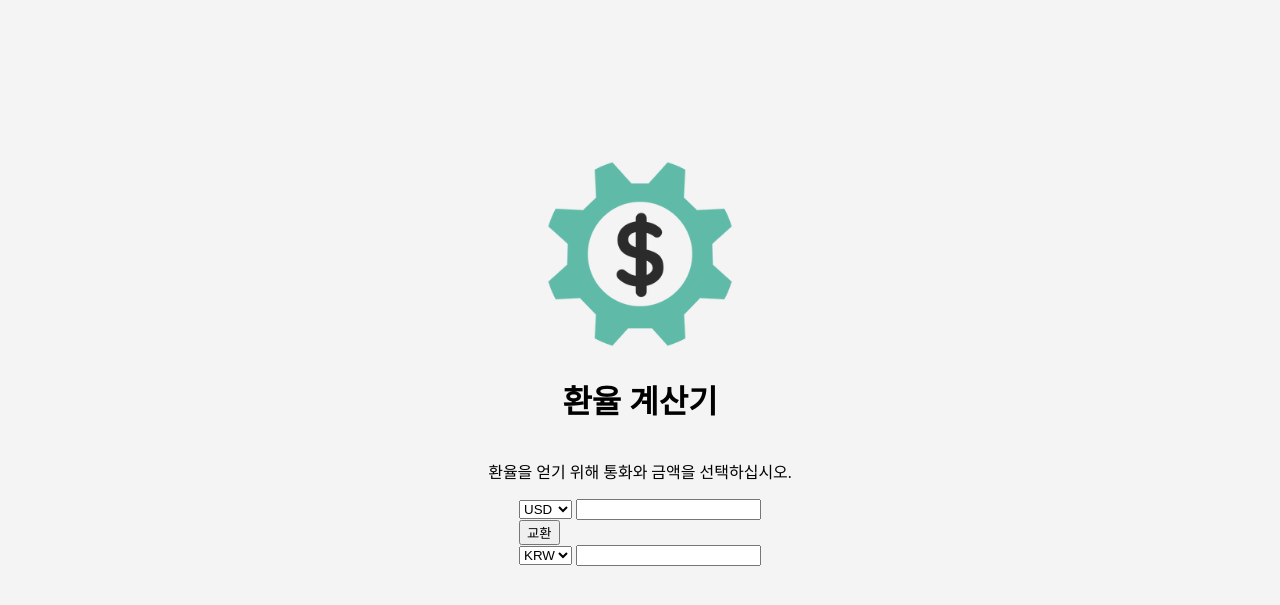
Repository: AbrorjonKuchkarov/exchange-rate
Page: index.html
These files come from the project's save history. The page is drawn as it stood at one moment and after the next save; the edit follows.
The browser window is 1280 px wide. The pictures show the whole page.

Above is the page before, as saved 2022-02-24 01:16:32.

### index.html
<!DOCTYPE html>
<html lang="en">
<head>
   <meta charset="UTF-8">
   <meta http-equiv="X-UA-Compatible" content="IE=edge">
   <meta name="viewport" content="width=device-width, initial-scale=1.0">
<link rel="stylesheet" href="style.css">
   <title>환율</title>
</head>
<body>
   <img src="img/money.png" alt="">
   <h1>환율 계산기 </h1>
   <p>환율을 얻기 위해 통화와 금액을 선택하십시오.</p>

   <div class="container">
      <div class="currency">
         <select id="selectOne">
            <option value="AED">AED</option>
            <option value="ARS">ARS</option>
            <option value="AUD">AUD</option>
            <option value="BGN">BGN</option>
            <option value="BRL">BRL</option>
            <option value="BSD">BSD</option>
            <option value="CAD">CAD</option>
            <option value="CHF">CHF</option>
            <option value="CLP">CLP</option>
            <option value="CNY">CNY</option>
            <option value="COP">COP</option>
            <option value="CZK">CZK</option>
            <option value="DKK">DKK</option>
            <option value="DOP">DOP</option>
            <option value="EGP">EGP</option>
            <option value="EUR">EUR</option>
            <option value="FJD">FJD</option>
            <option value="GBP">GBP</option>
            <option value="GTQ">GTQ</option>
            <option value="HKD">HKD</option>
            <option value="HRK">HRK</option>
            <option value="HUF">HUF</option>
            <option value="IDR">IDR</option>
            <option value="ILS">ILS</option>
            <option value="INR">INR</option>
            <option value="ISK">ISK</option>
            <option value="JPY">JPY</option>
            <option value="KRW">KRW</option>
            <option value="KZT">KZT</option>
            <option value="MXN">MXN</option>
            <option value="MYR">MYR</option>
            <option value="NOK">NOK</option>
            <option value="NZD">NZD</option>
            <option value="PAB">PAB</option>
            <option value="PEN">PEN</option>
            <option value="PHP">PHP</option>
            <option value="PKR">PKR</option>
            <option value="PLN">PLN</option>
            <option value="PYG">PYG</option>
            <option value="RON">RON</option>
            <option value="RUB">RUB</option>
            <option value="SAR">SAR</option>
            <option value="SEK">SEK</option>
            <option value="SGD">SGD</option>
            <option value="THB">THB</option>
            <option value="TRY">TRY</option>
            <option value="TWD">TWD</option>
            <option value="UAH">UAH</option>
            <option value="USD" selected>USD</option>
            <option value="UYU">UYU</option>
            <option value="VND">VND</option>
            <option value="ZAR">ZAR</option>
         </select>
         <input type="number" class="inputOne" >
      </div>

      <div class="swap">
         <button class="btn">교환</button>
         <div class="rate"></div>
      </div>

      <div class="currency">
         <select id="selectTwo">
         <option value="AED">AED</option>
         <option value="ARS">ARS</option>
         <option value="AUD">AUD</option>
         <option value="BGN">BGN</option>
         <option value="BRL">BRL</option>
         <option value="BSD">BSD</option>
         <option value="CAD">CAD</option>
         <option value="CHF">CHF</option>
         <option value="CLP">CLP</option>
         <option value="CNY">CNY</option>
         <option value="COP">COP</option>
         <option value="CZK">CZK</option>
         <option value="DKK">DKK</option>
         <option value="DOP">DOP</option>
         <option value="EGP">EGP</option>
         <option value="EUR">EUR</option>
         <option value="FJD">FJD</option>
         <option value="GBP">GBP</option>
         <option value="GTQ">GTQ</option>
         <option value="HKD">HKD</option>
         <option value="HRK">HRK</option>
         <option value="HUF">HUF</option>
         <option value="IDR">IDR</option>
         <option value="ILS">ILS</option>
         <option value="INR">INR</option>
         <option value="ISK">ISK</option>
         <option value="JPY">JPY</option>
         <option value="KRW" selected>KRW</option>
         <option value="KZT">KZT</option>
         <option value="MXN">MXN</option>
         <option value="MYR">MYR</option>
         <option value="NOK">NOK</option>
         <option value="NZD">NZD</option>
         <option value="PAB">PAB</option>
         <option value="PEN">PEN</option>
         <option value="PHP">PHP</option>
         <option value="PKR">PKR</option>
         <option value="PLN">PLN</option>
         <option value="PYG">PYG</option>
         <option value="RON">RON</option>
         <option value="RUB">RUB</option>
         <option value="SAR">SAR</option>
         <option value="SEK">SEK</option>
         <option value="SGD">SGD</option>
         <option value="THB">THB</option>
         <option value="TRY">TRY</option>
         <option value="TWD">TWD</option>
         <option value="UAH">UAH</option>
         <option value="USD">USD</option>
         <option value="UYU">UYU</option>
         <option value="VND">VND</option>
         <option value="ZAR">ZAR</option>
      </select>
      <input type="number" class="inputTwo" >
      </div>
   </div>




   <script src="app.js"></script>
</body>
</html>

### style.css
*{
   box-sizing: border-box;
}

body {
   margin: 0;
   display: flex;
   flex-direction: column;
   align-items: center;
   justify-content: center;
   height: 100vh;
   background-color: #f4f4f4;
}

img {
   width: 200px;
}

Loaded but not shown: app.js (no copy from this time; the picture is the same without it)

After the next save:
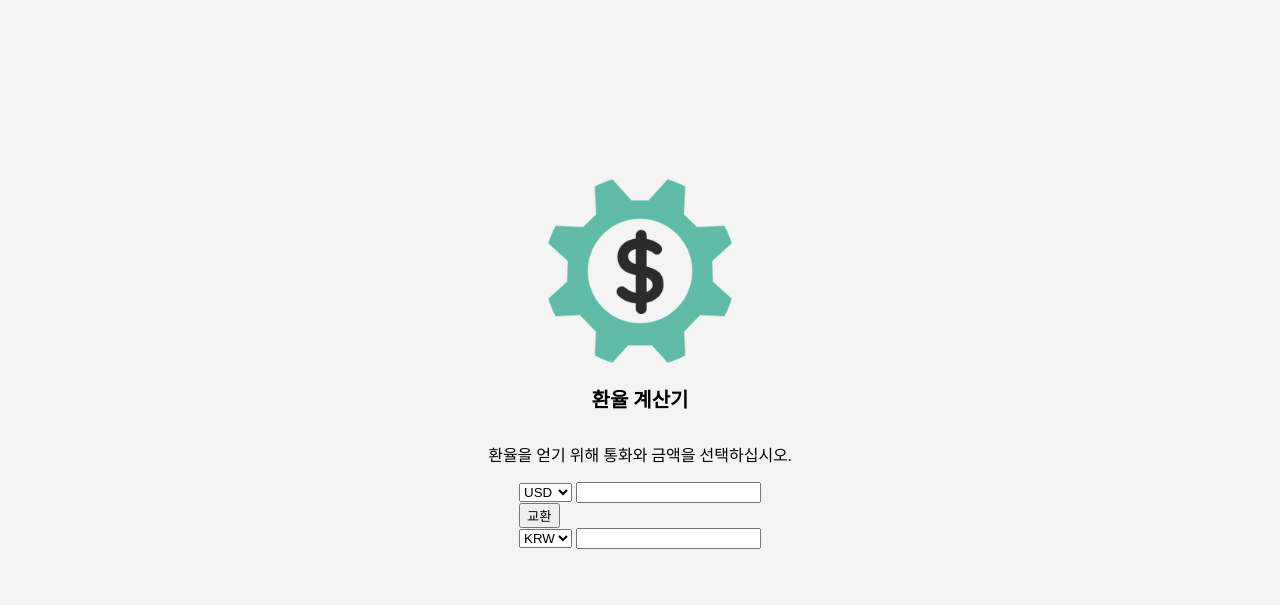
Saved 33 s later.
--- a/style.css
+++ b/style.css
@@ -15,3 +15,7 @@ body {
 img {
    width: 200px;
 }
+
+h1{
+   font-size: 20px;
+}
